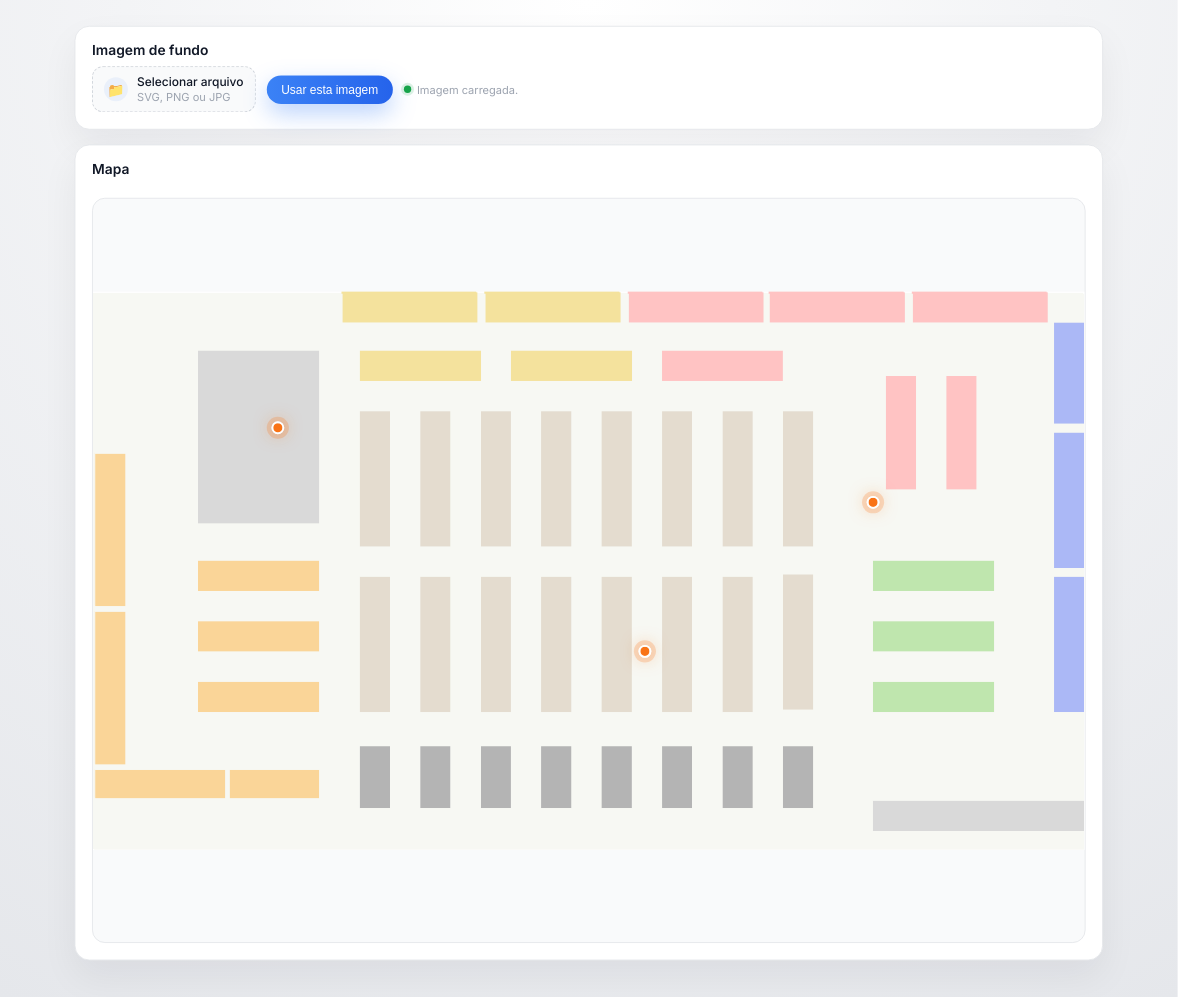
Repository: joaopanceri/mqtt-mapa-flask
Page: http://localhost/
These files come from the project's save history. The page is drawn as it stood at one moment and after the next save; the edit follows.
The browser window is 1280 px wide. The pictures show the whole page, at 92% of full size.
The page is served by the project's application, run on Flask 3 (app.py).

Above is the page before, as saved 2025-11-20 15:20:03.

After the next save:
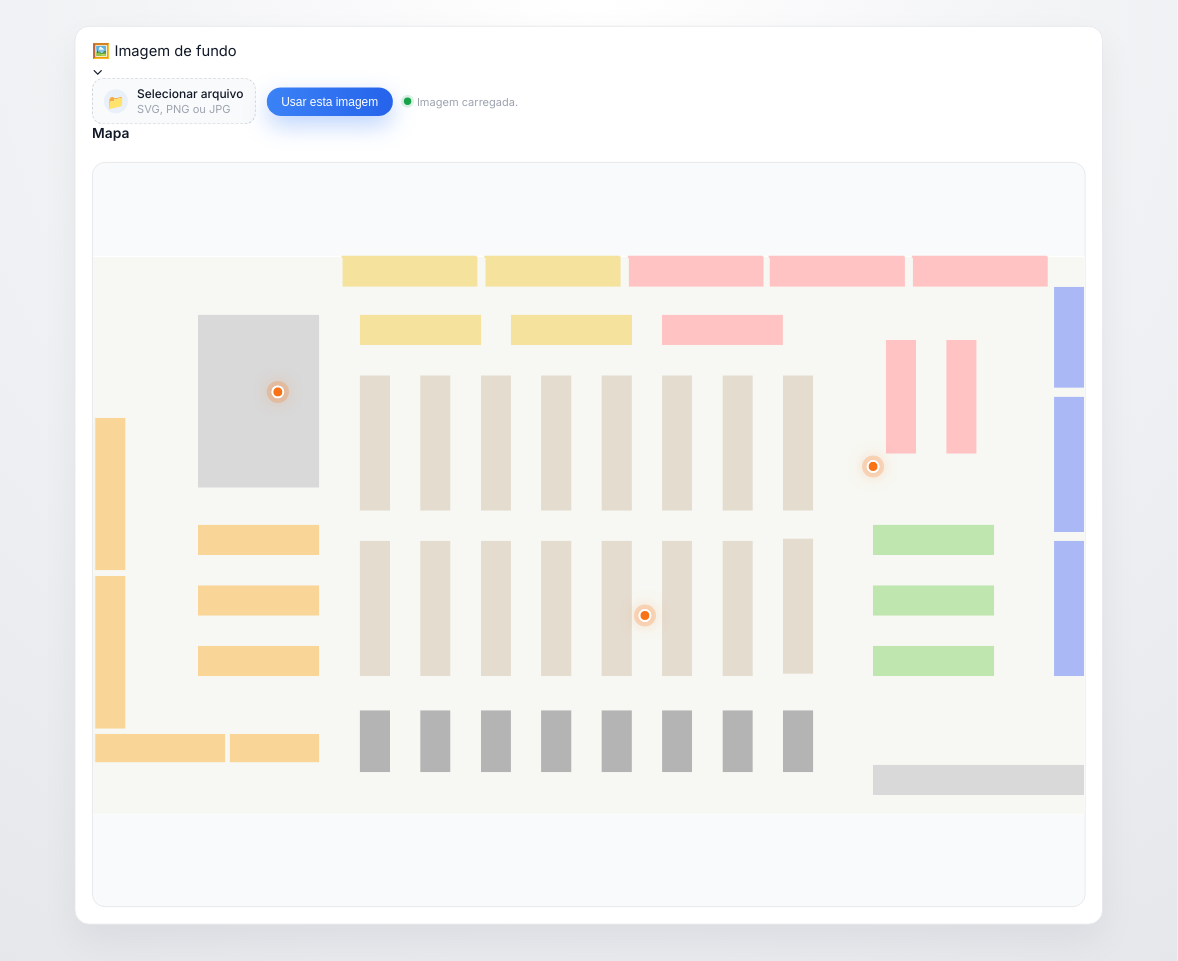
Saved 6 min 15 s later.
--- a/templates/index.html
+++ b/templates/index.html
@@ -14,52 +14,61 @@
 </head>
 <body>
   <div class="app-shell">
+    <main class="app-main">
+      <!-- Único card com aba de upload + mapa -->
+      <section class="card card-map">
+        <!-- Aba “oculta” acima do mapa -->
+        <div class="upload-tab" id="upload-tab">
+          <div class="upload-tab-label">
+            <span class="upload-tab-icon">🖼️</span>
+            <span>Imagem de fundo</span>
+          </div>
+          <div class="upload-tab-chevron" id="upload-chevron">⌄</div>
+        </div>
 
-    <main class="app-main">
-      <!-- Barra de upload em cima do mapa -->
-      <section class="card card-config">
-        <h2 class="card-title">Imagem de fundo</h2>
+        <!-- Painel de upload que abre/fecha -->
+        <div class="upload-panel" id="upload-panel">
+          <form action="{{ url_for('index') }}" method="post"
+                enctype="multipart/form-data"
+                class="upload-form upload-form-inline">
+            <label for="background" class="upload-label">
+              <div class="upload-icon">📁</div>
+              <div class="upload-texts">
+                <span class="upload-label-title">Selecionar arquivo</span>
+                <span class="upload-label-subtitle">SVG, PNG ou JPG</span>
+              </div>
+            </label>
 
-        <form action="{{ url_for('index') }}" method="post" enctype="multipart/form-data"
-              class="upload-form upload-form-inline">
-          <label for="background" class="upload-label">
-            <div class="upload-icon">📁</div>
-            <div class="upload-texts">
-              <span class="upload-label-title">Selecionar arquivo</span>
-              <span class="upload-label-subtitle">SVG, PNG ou JPG</span>
+            <input
+              type="file"
+              id="background"
+              name="background"
+              accept=".svg,.png,.jpg,.jpeg"
+              required
+            >
+
+            <button type="submit" class="btn-primary">
+              Usar esta imagem
+            </button>
+
+            <div class="current-image-info current-image-inline">
+              {% if background_url %}
+                <span class="dot dot-success"></span>
+                <span>Imagem carregada.</span>
+              {% else %}
+                <span class="dot dot-muted"></span>
+                <span>Nenhuma imagem.</span>
+              {% endif %}
             </div>
-          </label>
+          </form>
+        </div>
 
-          <input
-            type="file"
-            id="background"
-            name="background"
-            accept=".svg,.png,.jpg,.jpeg"
-            required
-          >
-
-          <button type="submit" class="btn-primary">
-            Usar esta imagem
-          </button>
-
-          <div class="current-image-info current-image-inline">
-            {% if background_url %}
-              <span class="dot dot-success"></span>
-              <span>Imagem carregada.</span>
-            {% else %}
-              <span class="dot dot-muted"></span>
-              <span>Nenhuma imagem.</span>
-            {% endif %}
-          </div>
-        </form>
-      </section>
-
-      <!-- Mapa abaixo -->
-      <section class="card card-map">
+        <!-- Cabeçalho do mapa -->
         <div class="card-header-row">
           <h2 class="card-title">Mapa</h2>
         </div>
 
+        <!-- Área do mapa -->
         <div class="map-wrapper">
           <div class="map-container">
             {% if background_url %}
@@ -70,7 +79,7 @@
               <div class="map-background placeholder">
                 <div class="placeholder-content">
                   <div class="placeholder-icon">🗺️</div>
-                  <p>Envie uma imagem acima para visualizar aqui.</p>
+                  <p>Use a aba acima para carregar uma imagem.</p>
                 </div>
               </div>
             {% endif %}
@@ -86,5 +95,20 @@
       </section>
     </main>
   </div>
+
+  <script>
+    // Toggle da aba de upload
+    const uploadTab = document.getElementById('upload-tab');
+    const uploadPanel = document.getElementById('upload-panel');
+    const chevron = document.getElementById('upload-chevron');
+
+    if (uploadTab && uploadPanel && chevron) {
+      uploadTab.addEventListener('click', () => {
+        uploadPanel.classList.toggle('open');
+        uploadTab.classList.toggle('open');
+        chevron.classList.toggle('open');
+      });
+    }
+  </script>
 </body>
 </html>
